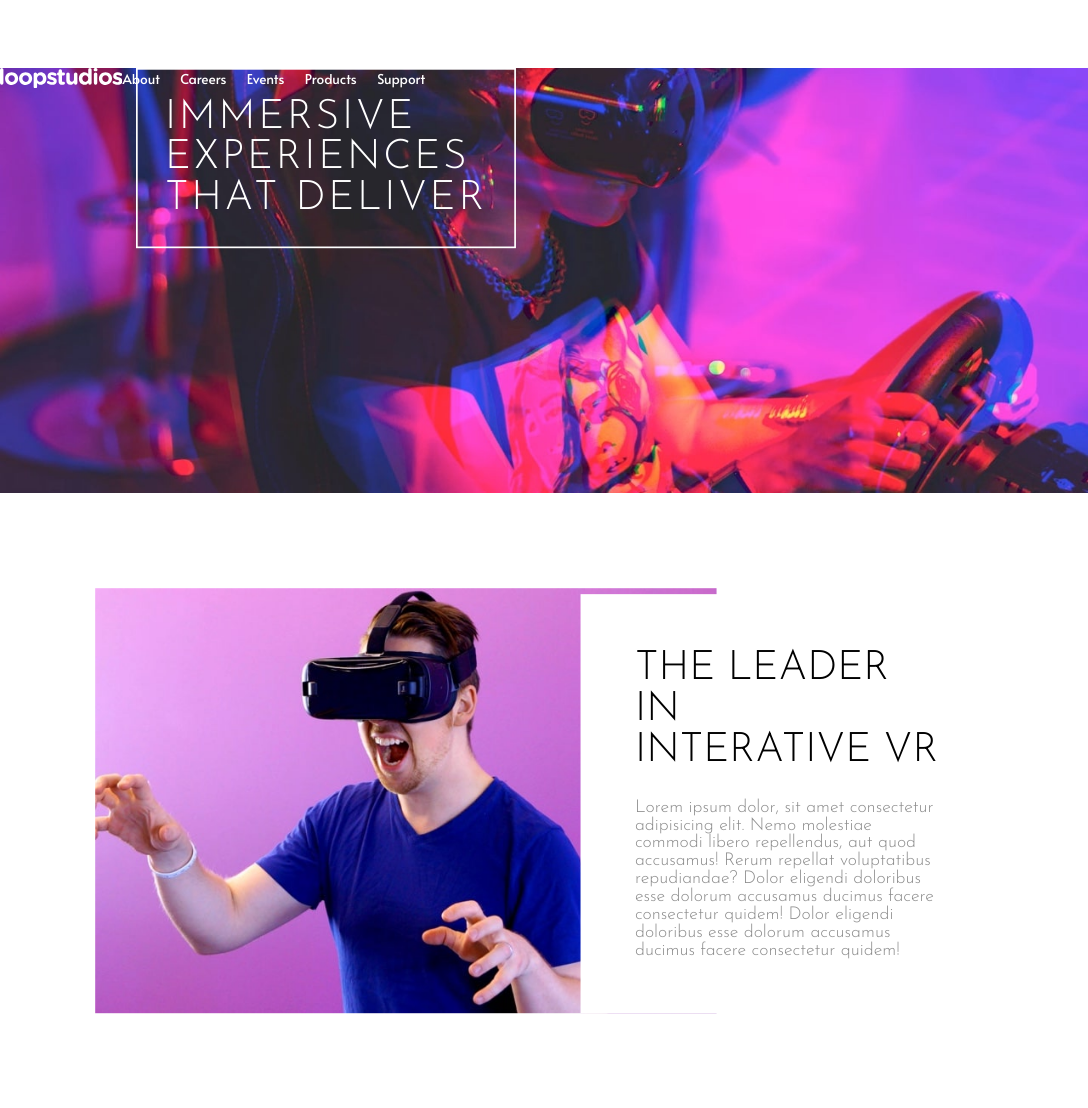
Repository: gligor99/loopstudios-fm
Page: /
An editor plug-in stored every save of this project. The page is shown before and after the next save, followed by the edit.
The browser window is 1280 px wide. The pictures show the whole page, at 85% of full size.
Backgrounds fixed to the window are drawn as part of the page. The project was rebuilt for these pictures with package versions that can differ from the ones it lists, and the page was loaded fresh each time.

Above is the page before, as saved 2021-11-28 15:56:07.

After the next save:
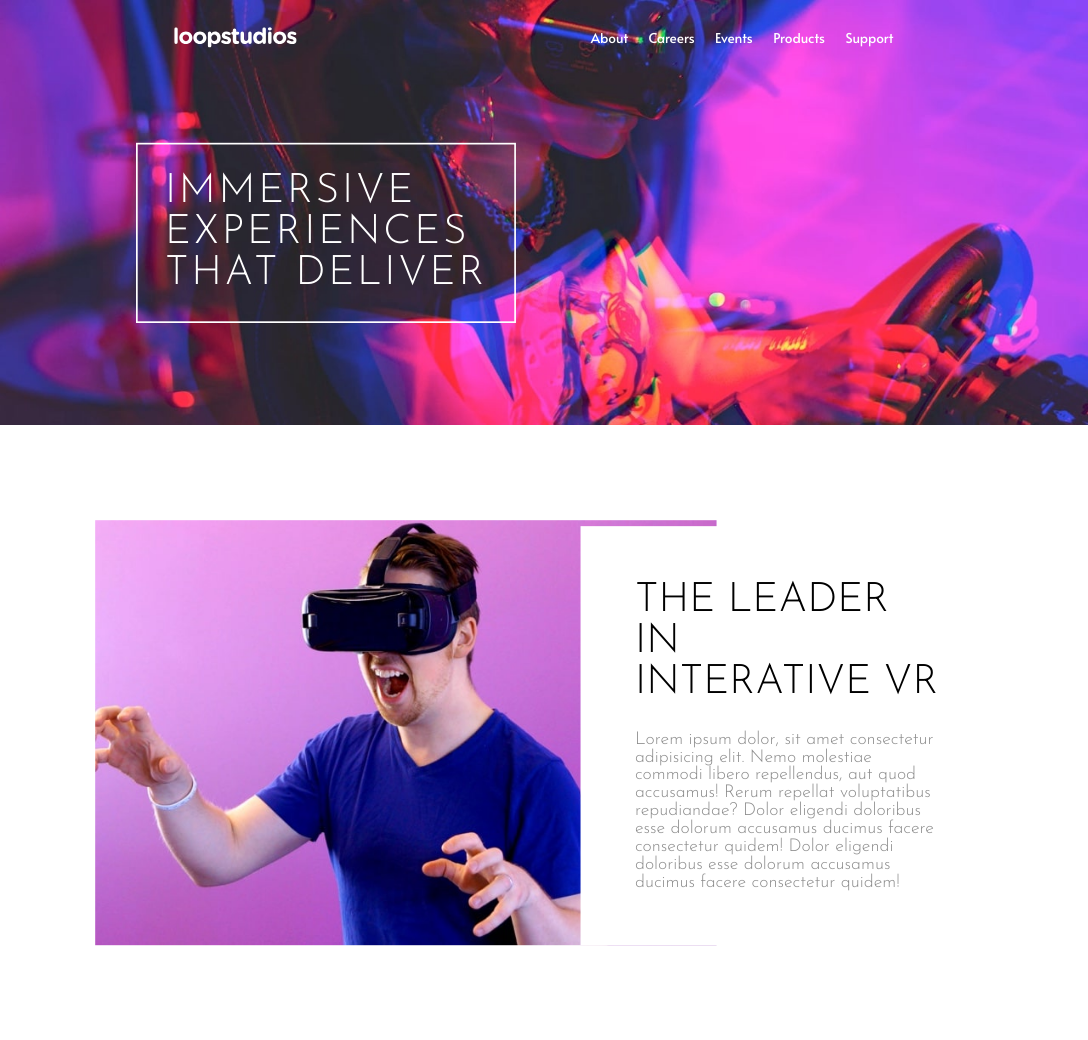
Saved 16 s later.
--- a/src/components/Navbar/navbar.css
+++ b/src/components/Navbar/navbar.css
@@ -1,11 +1,10 @@
 .wrapper {
-  position: fixed;
   display: flex;
   flex-direction: row;
   justify-content: space-around;
   align-items: center;
   margin: auto;
-  /* padding: 2rem; */
+  padding: 2rem;
   background-color: transparent;
 }
 img {
